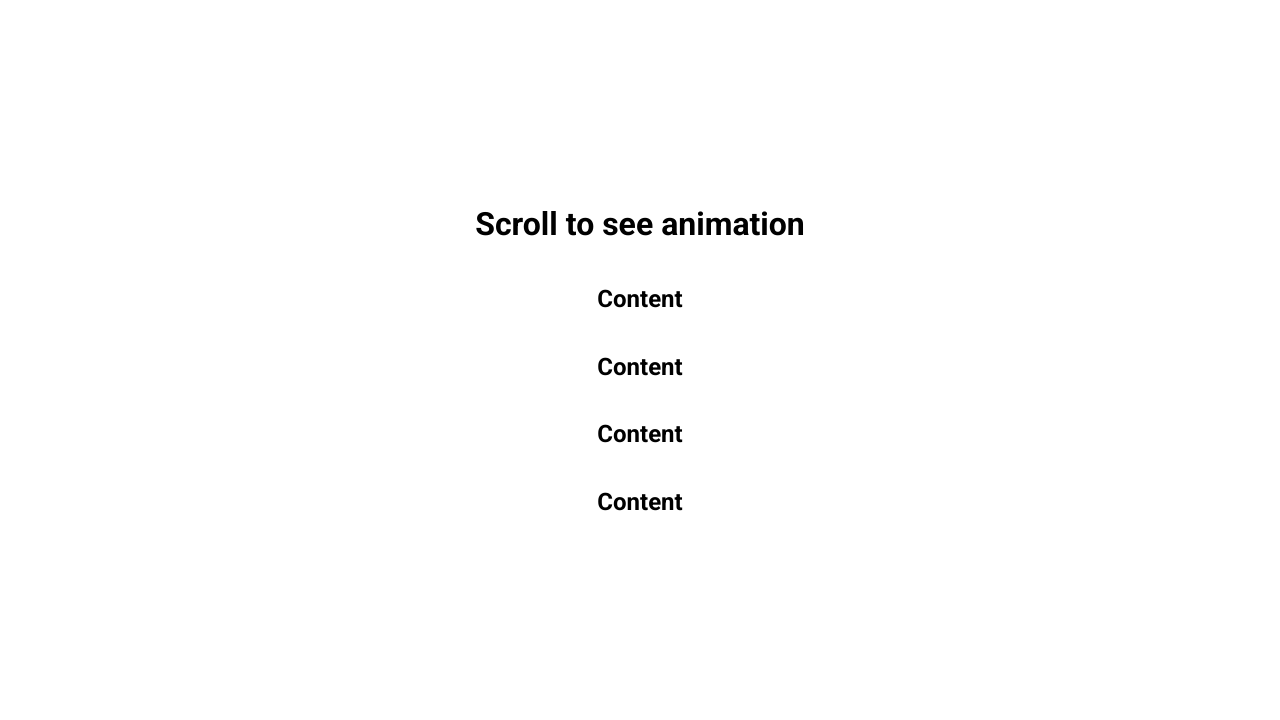
Repository: thecoachanna/scroll-animation
Page: index.html
An editor plug-in stored every save of this project. The page is shown before and after a run of saves, followed by the edit.
The browser window is 1280 px wide. The pictures show the whole page.
Some web fonts or font styles are not loaded; a fallback is used.

Above is the page before, as saved 2023-02-20 12:38:41.

### index.html
<!DOCTYPE html>
<html lang="en">
<head>
    <meta charset="UTF-8">
    <meta http-equiv="X-UA-Compatible" content="IE=edge">
    <meta name="viewport" content="width=device-width, initial-scale=1.0">
    <link rel="stylesheet" href="style.css">
    <title>Scroll Animation</title>
</head>
<body>
    <h1>Scroll to see animation</h1>
    <div class="box"><h2>Content</h2></div>
    <div class="box"><h2>Content</h2></div>
    <div class="box"><h2>Content</h2></div>
    <div class="box"><h2>Content</h2></div>

    <script src="script.js"></script>
</body>
</html>

### style.css
@import url('https://fonts.googleapis.com/css2?family=Inter:wght@400;600;700&family=Lato:wght@100&family=Oswald:wght@700&family=Outfit&family=Poiret+One&family=Roboto:wght@400;700&display=swap');


* {
    box-sizing: border-box;
}

body {
    font-family: 'Roboto', sans-serif;
    display: flex;
    flex-direction: column;
    align-items: center;
    justify-content: center;
    height: 100vh;
    overflow: hidden;
    margin: 0;
}

Loaded but not shown: script.js (no copy from this time; the picture is the same without it)

After the next 2 saves:
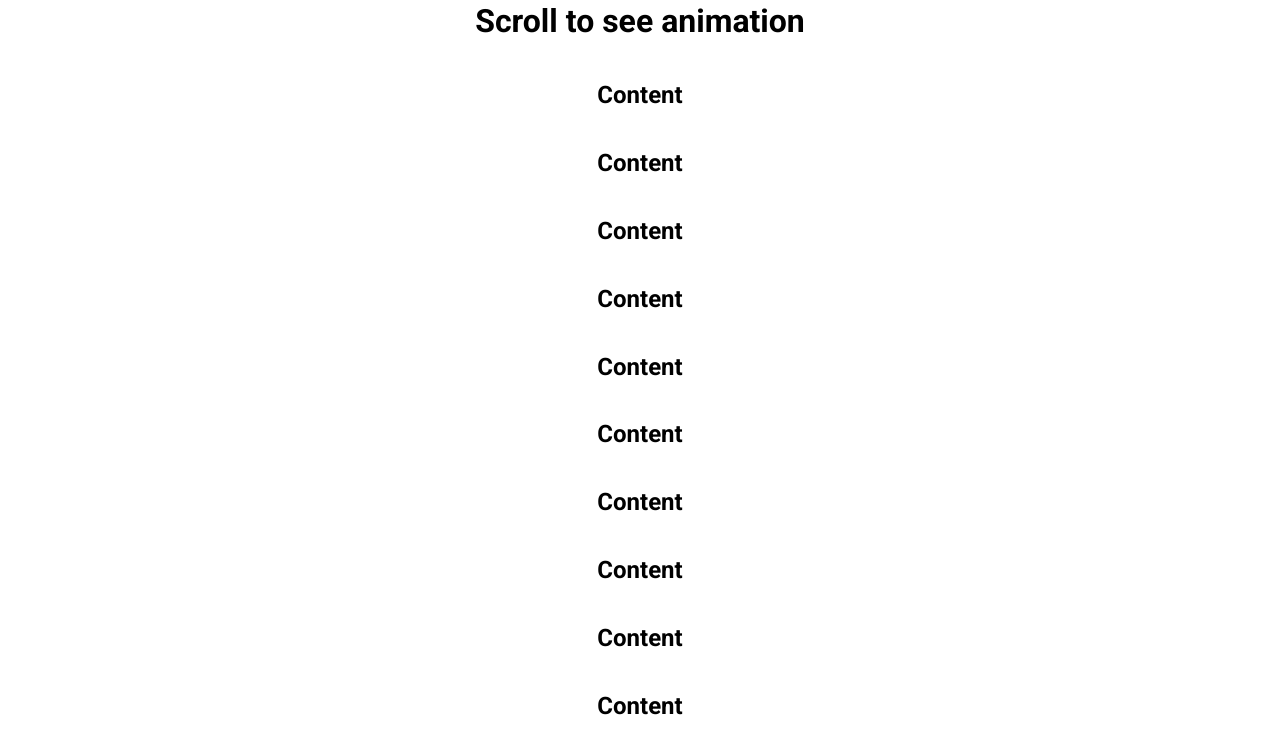
The 2 saves are shown as one change because they came seconds apart.
The last was saved 7 s later.
--- a/index.html
+++ b/index.html
@@ -13,7 +13,12 @@
     <div class="box"><h2>Content</h2></div>
     <div class="box"><h2>Content</h2></div>
     <div class="box"><h2>Content</h2></div>
-
+    <div class="box"><h2>Content</h2></div>
+    <div class="box"><h2>Content</h2></div>
+    <div class="box"><h2>Content</h2></div>
+    <div class="box"><h2>Content</h2></div>
+    <div class="box"><h2>Content</h2></div>
+    <div class="box"><h2>Content</h2></div>
     <script src="script.js"></script>
 </body>
 </html>
